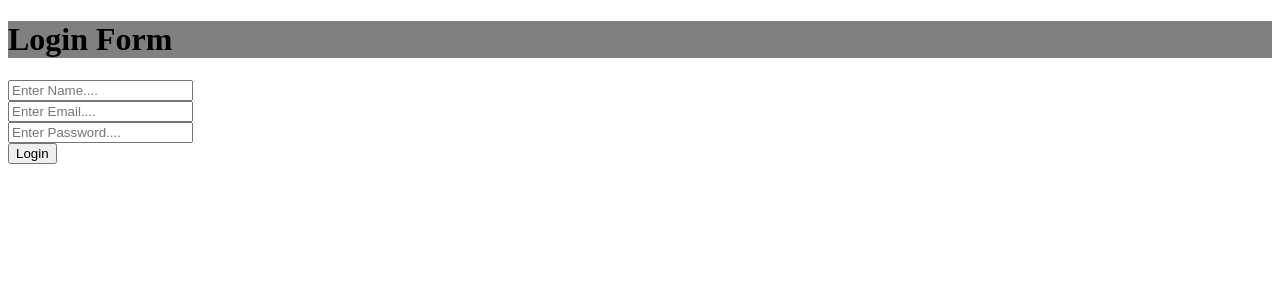
Repository: abhinavk718/servlet-project
Page: empwebapp/WebContent/login.html
These files come from the project's save history. The page is drawn as it stood at one moment and after the next save; the edit follows.
The browser window is 1280 px wide. The pictures show the whole page.

Above is the page before, as saved 2019-11-15 07:49:00.

After the next save:
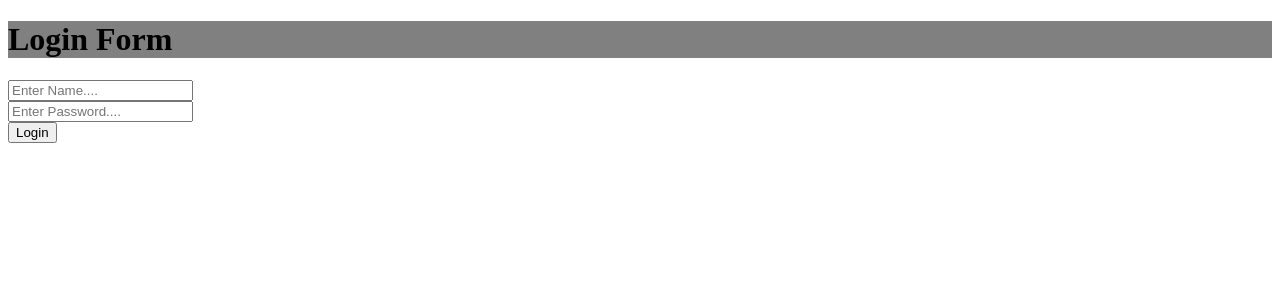
Saved 6 min 8 s later.
--- a/empwebapp/WebContent/login.html
+++ b/empwebapp/WebContent/login.html
@@ -8,10 +8,7 @@
 <form action="" class="col-md-4 offset-4 mt-5 mb-5 card card-body">
     <h1 class="text-center" style="background-color: gray;">Login Form</h1>
     <div class="formgroup">
-        <input type="text" name="name"class="form-control mb-1" placeholder="Enter Name....">
-    </div>
-    <div class="formgroup">
-        <input type="email" name="email" class="form-control mb-1" placeholder="Enter Email....">
+        <input type="text" name="id"class="form-control mb-1" placeholder="Enter Name....">
     </div>
     <div class="formgroup">
         <input type="password" name="password" class="form-control mb-1" placeholder="Enter Password....">
